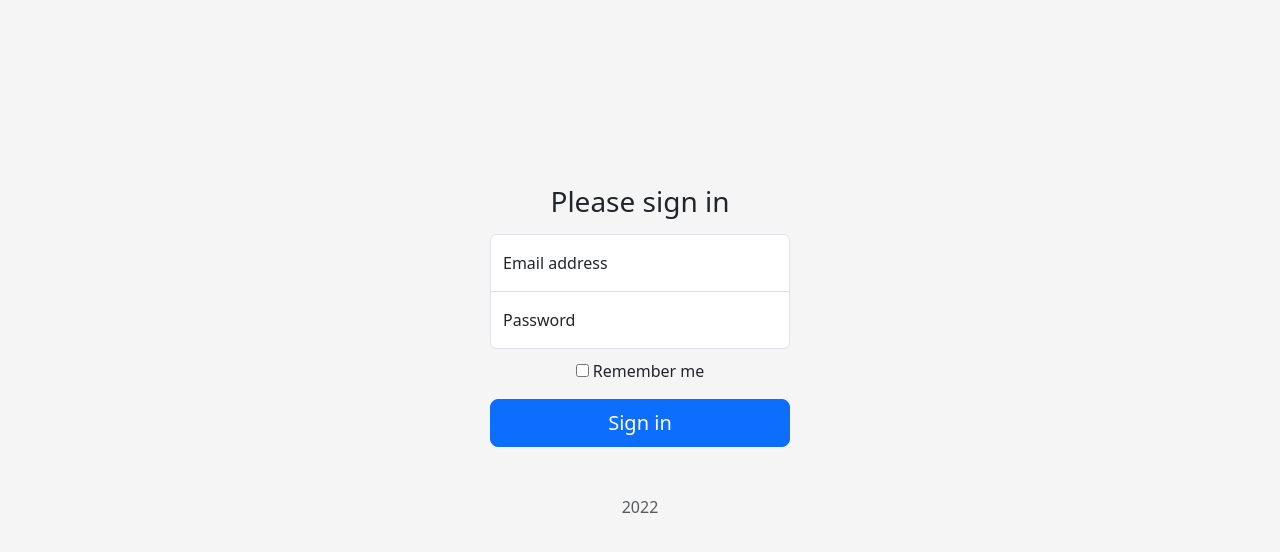
Repository: bjorgkav/payretolive
Page: http://localhost/
The author's editor kept a copy of each file at every save. The page is drawn from the files as they stood at one save, then again after the next save.
The browser window is 1280 px wide. The pictures show the whole page.
The page is served by the project's application, run on Django 4.2 (manage.py). Other server files are loaded and not shown.

Above is the page before, as saved 2023-03-03 17:01:44.

### login/templates/index.html
{% load static %}
<!doctype html>
<html lang="en">
  <head>
    <meta charset="utf-8">
    <meta name="viewport" content="width=device-width, initial-scale=1">
    <title>Sign In</title>

    <link href="https://cdn.jsdelivr.net/npm/bootstrap@5.3.0-alpha1/dist/css/bootstrap.min.css" rel="stylesheet" integrity="sha384-GLhlTQ8iRABdZLl6O3oVMWSktQOp6b7In1Zl3/Jr59b6EGGoI1aFkw7cmDA6j6gD" crossorigin="anonymous">

    <style>
      .bd-placeholder-img {
        font-size: 1.125rem;
        text-anchor: middle;
        -webkit-user-select: none;
        -moz-user-select: none;
        user-select: none;
      }

      @media (min-width: 768px) {
        .bd-placeholder-img-lg {
          font-size: 3.5rem;
        }
      }

      .b-example-divider {
        height: 3rem;
        background-color: rgba(0, 0, 0, .1);
        border: solid rgba(0, 0, 0, .15);
        border-width: 1px 0;
        box-shadow: inset 0 .5em 1.5em rgba(0, 0, 0, .1), inset 0 .125em .5em rgba(0, 0, 0, .15);
      }

      .b-example-vr {
        flex-shrink: 0;
        width: 1.5rem;
        height: 100vh;
      }

      .bi {
        vertical-align: -.125em;
        fill: currentColor;
      }

      .nav-scroller {
        position: relative;
        z-index: 2;
        height: 2.75rem;
        overflow-y: hidden;
      }

      .nav-scroller .nav {
        display: flex;
        flex-wrap: nowrap;
        padding-bottom: 1rem;
        margin-top: -1px;
        overflow-x: auto;
        text-align: center;
        white-space: nowrap;
        -webkit-overflow-scrolling: touch;
      }
    </style>


    <!-- Custom styles for this template -->
    <link href="{% static 'sign-in.css'%}" rel="stylesheet">
  </head>
  <body class="text-center">

<main class="form-signin w-100 m-auto">
  <form>
    <h1 class="h3 mb-3 fw-normal">Please sign in</h1>

    <div class="form-floating">
      <input type="email" class="form-control" id="floatingInput" placeholder="name@example.com">
      <label for="floatingInput">Email address</label>
    </div>
    <div class="form-floating">
      <input type="password" class="form-control" id="floatingPassword" placeholder="Password">
      <label for="floatingPassword">Password</label>
    </div>

    <div class="checkbox mb-3">
      <label>
        <input type="checkbox" value="remember-me"> Remember me
      </label>
    </div>
    <button class="w-100 btn btn-lg btn-primary" type="submit">Sign in</button>
    <p class="mt-5 mb-3 text-muted">2022</p>
  </form>
</main>



  </body>
</html>

### login/views.py
from django.shortcuts import render

# Create your views here.

from django.shortcuts import render
from django.http import HttpResponse

def index(request):
    return render(request, "index.html", context={})

### payretolive/urls.py
"""payretolive URL Configuration

The `urlpatterns` list routes URLs to views. For more information please see:
    https://docs.djangoproject.com/en/4.0/topics/http/urls/
Examples:
Function views
    1. Add an import:  from my_app import views
    2. Add a URL to urlpatterns:  path('', views.home, name='home')
Class-based views
    1. Add an import:  from other_app.views import Home
    2. Add a URL to urlpatterns:  path('', Home.as_view(), name='home')
Including another URLconf
    1. Import the include() function: from django.urls import include, path
    2. Add a URL to urlpatterns:  path('blog/', include('blog.urls'))
"""
from django.contrib import admin
from django.urls import include, path

urlpatterns = [
    path('admin/', admin.site.urls),
    path('', include('login.urls'))
]

Loaded but not shown: login/urls.py (common file); login/static/sign-in.css (common file)

After the next save:
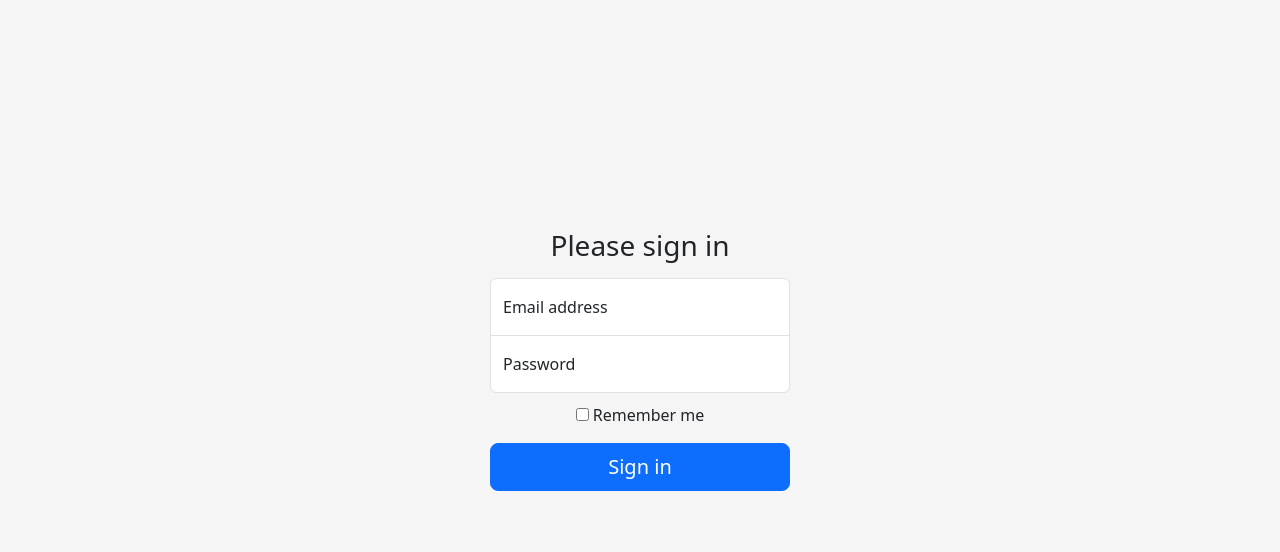
Saved 4 s later.
--- a/login/templates/index.html
+++ b/login/templates/index.html
@@ -86,7 +86,6 @@
       </label>
     </div>
     <button class="w-100 btn btn-lg btn-primary" type="submit">Sign in</button>
-    <p class="mt-5 mb-3 text-muted">2022</p>
   </form>
 </main>
 
